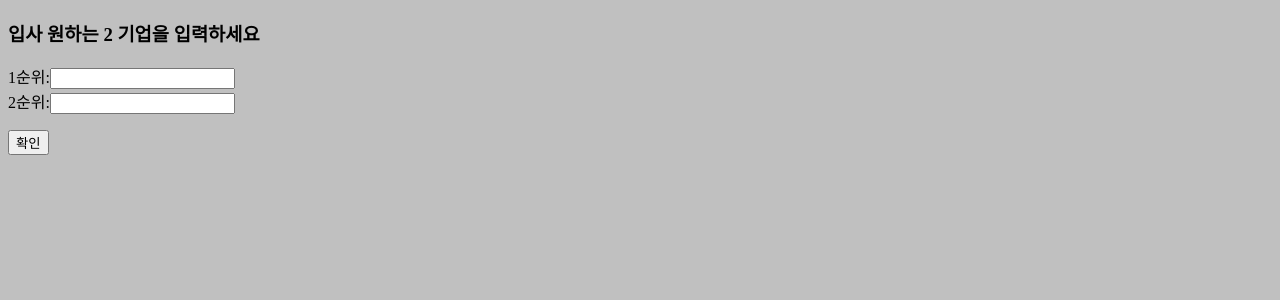
Repository: Hongjeongmin/university
Page: webprograming/test/test/WebContent/b.html
These files come from the project's save history. The page is drawn as it stood at one moment and after the next save; the edit follows.
The browser window is 1280 px wide. The pictures show the whole page.

Above is the page before, as saved 2018-09-13 05:47:11.

### webprograming/test/test/WebContent/b.html
<!DOCTYPE html>
<html>
<head>
<meta charset="UTF-8">
<title>대기업</title>
</head>
<body style="background-color:silver">
	<h3>입사 원하는 2 기업을 입력하세요</h3><p>

	1순위:<input type="text" name="one"/><br>
	2순위:<input type="text" name="two"/><p>
<input type="submit" value="확인"/>
</body>
</html>

After the next save:
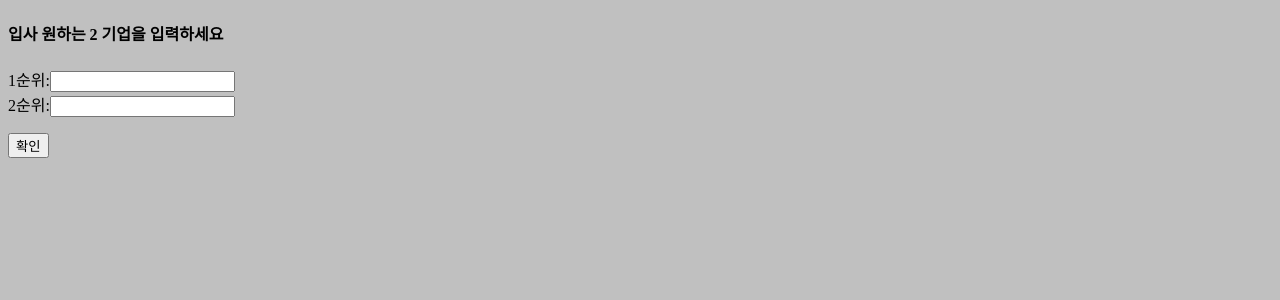
Saved 33 s later.
--- a/webprograming/test/test/WebContent/b.html
+++ b/webprograming/test/test/WebContent/b.html
@@ -5,7 +5,7 @@
 <title>대기업</title>
 </head>
 <body style="background-color:silver">
-	<h3>입사 원하는 2 기업을 입력하세요</h3><p>
+	<h4>입사 원하는 2 기업을 입력하세요</h4><p>
 
 	1순위:<input type="text" name="one"/><br>
 	2순위:<input type="text" name="two"/><p>
